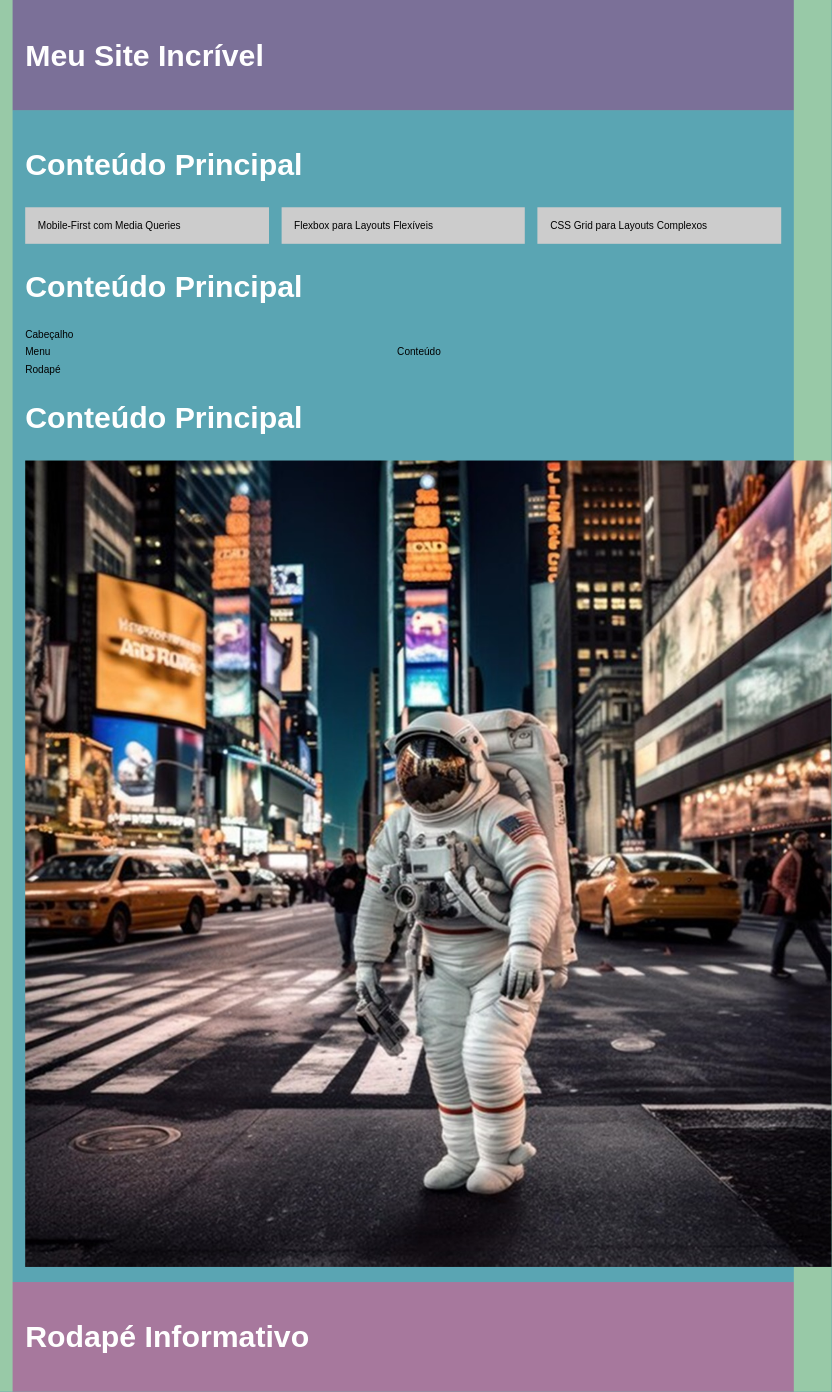
Repository: douglasabnovato/model-lp
Page: index.html
The author's editor kept a copy of each file at every save. The page is drawn from the files as they stood at one save, then again after the next save.
The browser window is 1280 px wide. The page is 1320 px wide, so the pictures cover 1320 px, including what lies to the right of the window. The pictures show the whole page, at 63% of full size.

Above is the page before, as saved 2025-02-25 11:33:29.

After the next save:
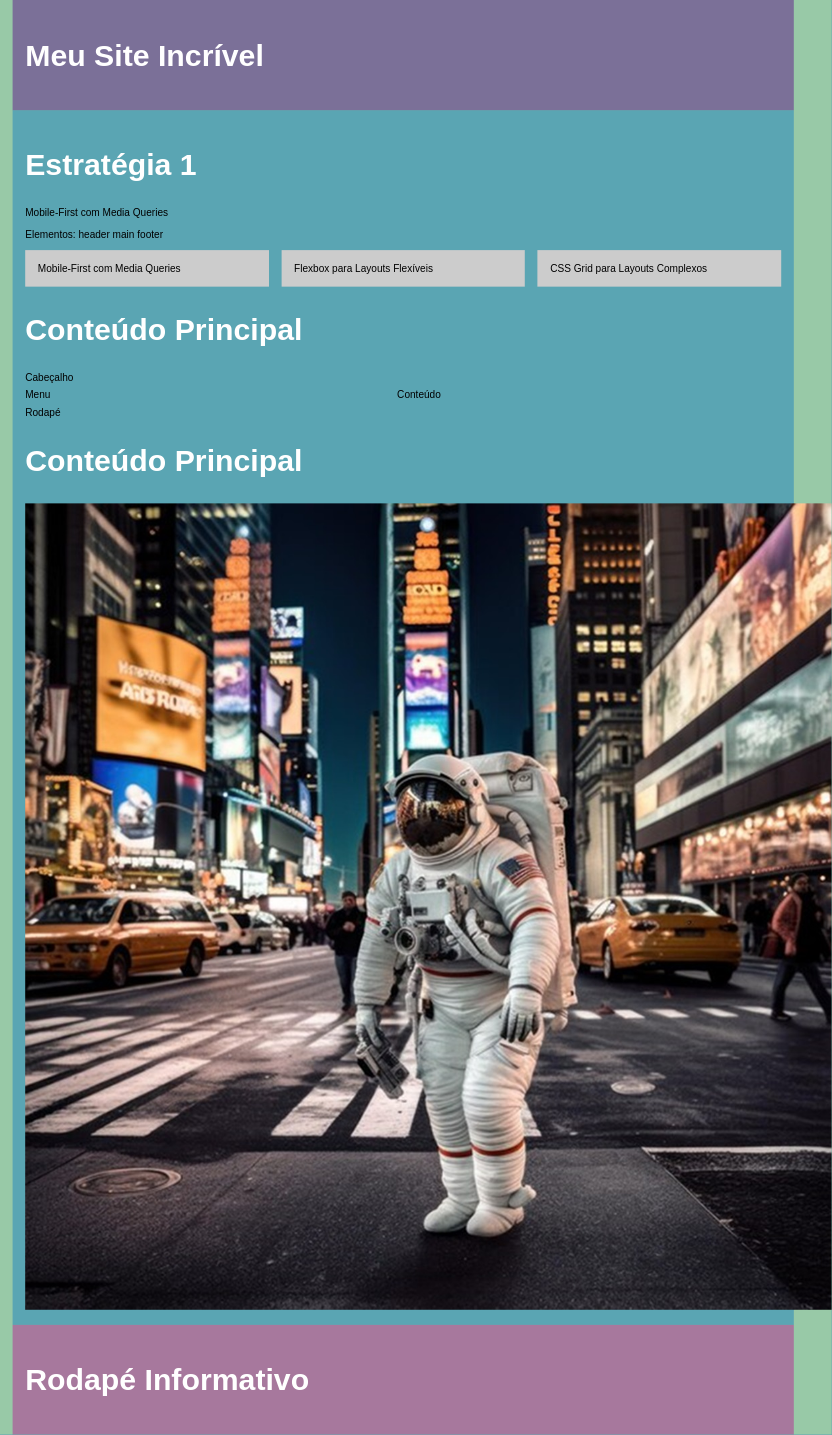
Saved 119 s later.
--- a/index.html
+++ b/index.html
@@ -11,7 +11,9 @@
       <h2>Meu Site Incrível</h2>
     </header>
     <main>
-      <h2>Conteúdo Principal</h2>
+      <h2>Estratégia 1</h2>
+      <p>Mobile-First com Media Queries</p>
+      <p>Elementos: header main footer</p>
       <div class="container">
         <div class="item">Mobile-First com Media Queries</div>
         <div class="item">Flexbox para Layouts Flexíveis</div>
